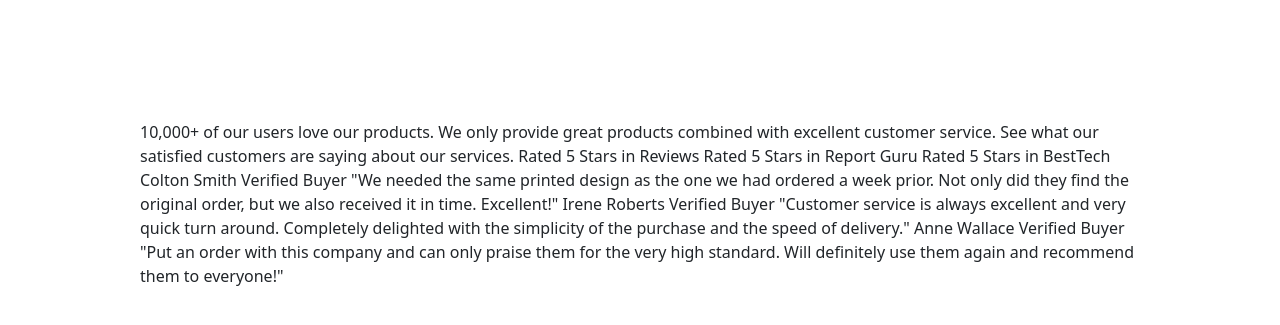
Repository: metehankasapp/social-proof-section-master
Page: index.html
These files come from the project's save history. The page is drawn as it stood at one moment and after the next save; the edit follows.
The browser window is 1280 px wide. The pictures show the whole page.
Some web libraries are served in a nearby version.

Above is the page before, as saved 2021-12-05 07:48:14.

### index.html
<!DOCTYPE html>
<html lang="en">

<head>
  <meta charset="UTF-8" />
  <meta name="viewport" content="width=device-width, initial-scale=1.0" />


  <title>Frontend Mentor | Social proof section</title>
  <link href="https://cdn.jsdelivr.net/npm/bootstrap@5.1.3/dist/css/bootstrap.min.css" rel="stylesheet"
    integrity="sha384-1BmE4kWBq78iYhFldvKuhfTAU6auU8tT94WrHftjDbrCEXSU1oBoqyl2QvZ6jIW3" crossorigin="anonymous">
  <link rel="stylesheet" href="style.css">
</head>

<body>
  <div class="main-ctr">
    <div class="w-100">
      10,000+ of our users love our products.

      We only provide great products combined with excellent customer service.
      See what our satisfied customers are saying about our services.

      Rated 5 Stars in Reviews
      Rated 5 Stars in Report Guru
      Rated 5 Stars in BestTech
    </div>

    <div class="w-100">
      Colton Smith
      Verified Buyer
      "We needed the same printed design as the one we had ordered a week prior.
      Not only did they find the original order, but we also received it in time.
      Excellent!"

      Irene Roberts
      Verified Buyer
      "Customer service is always excellent and very quick turn around. Completely
      delighted with the simplicity of the purchase and the speed of delivery."

      Anne Wallace
      Verified Buyer
      "Put an order with this company and can only praise them for the very high
      standard. Will definitely use them again and recommend them to everyone!"
    </div>
  </div>

  <script src="https://cdn.jsdelivr.net/npm/bootstrap@5.1.3/dist/js/bootstrap.bundle.min.js"
    integrity="sha384-ka7Sk0Gln4gmtz2MlQnikT1wXgYsOg+OMhuP+IlRH9sENBO0LRn5q+8nbTov4+1p" crossorigin="anonymous">
  </script>
  <script src="https://cdn.jsdelivr.net/npm/@popperjs/core@2.10.2/dist/umd/popper.min.js"
    integrity="sha384-7+zCNj/IqJ95wo16oMtfsKbZ9ccEh31eOz1HGyDuCQ6wgnyJNSYdrPa03rtR1zdB" crossorigin="anonymous">
  </script>
  <script src="https://cdn.jsdelivr.net/npm/bootstrap@5.1.3/dist/js/bootstrap.min.js"
    integrity="sha384-QJHtvGhmr9XOIpI6YVutG+2QOK9T+ZnN4kzFN1RtK3zEFEIsxhlmWl5/YESvpZ13" crossorigin="anonymous">
  </script>
</body>

</html>

### style.css
*{
    margin: 0;
    padding: 0;
    box-sizing: border-box;
}


html{
    font-size: 10px;
}

body{
    height: 100vh;
    font-size: 1.6rem;
}

.main-ctr{
    padding: 12rem 14rem;
}

After the next save:
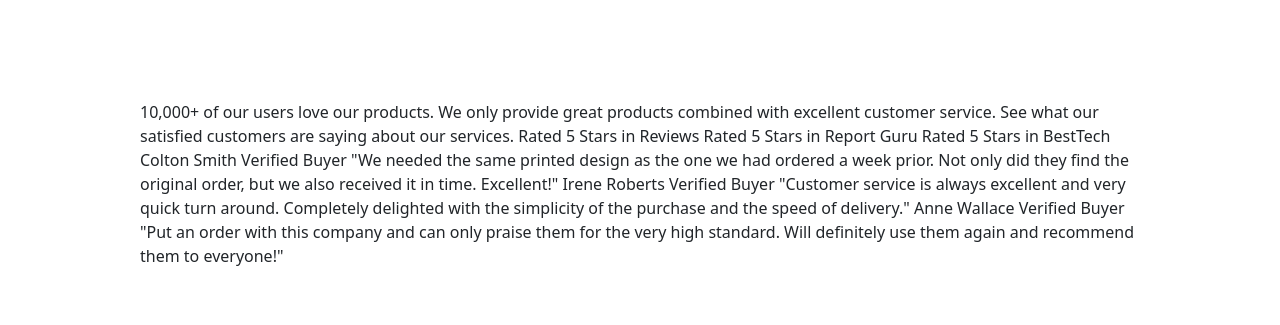
Saved 8 s later.
--- a/style.css
+++ b/style.css
@@ -15,5 +15,5 @@ body{
 }
 
 .main-ctr{
-    padding: 12rem 14rem;
+    padding: 10rem 14rem;
 }
